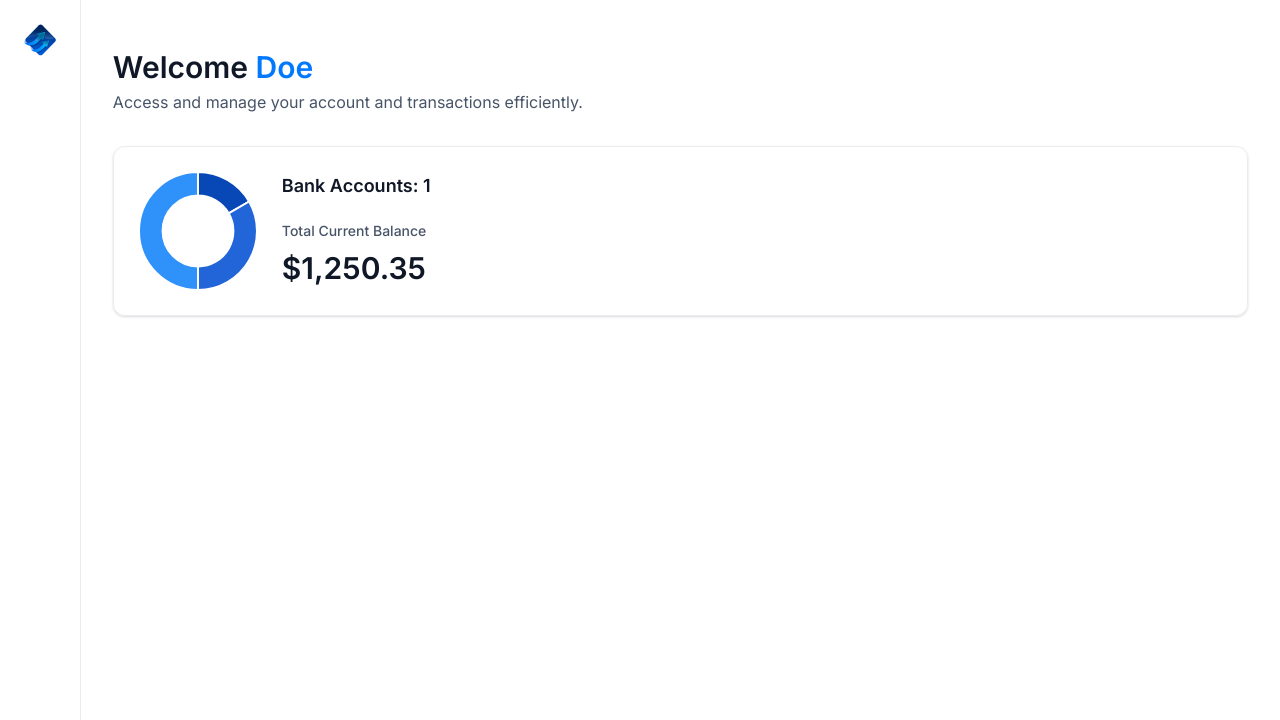
Repository: akinolapo/creditcraze
Page: /
These files come from the project's save history. The page is drawn as it stood at one moment and after a run of saves; the edit follows.
The browser window is 1280 px wide. The pictures show the whole page.
The project was rebuilt for these pictures with package versions that can differ from the ones it lists, and the page was loaded fresh each time. The framework's server and built-in components were replaced by stand-ins that run in the browser. Also part of the build but not shown: next.config.mjs.

Above is the page before, as saved 2024-07-01 09:08:09.

After the next 2 saves:
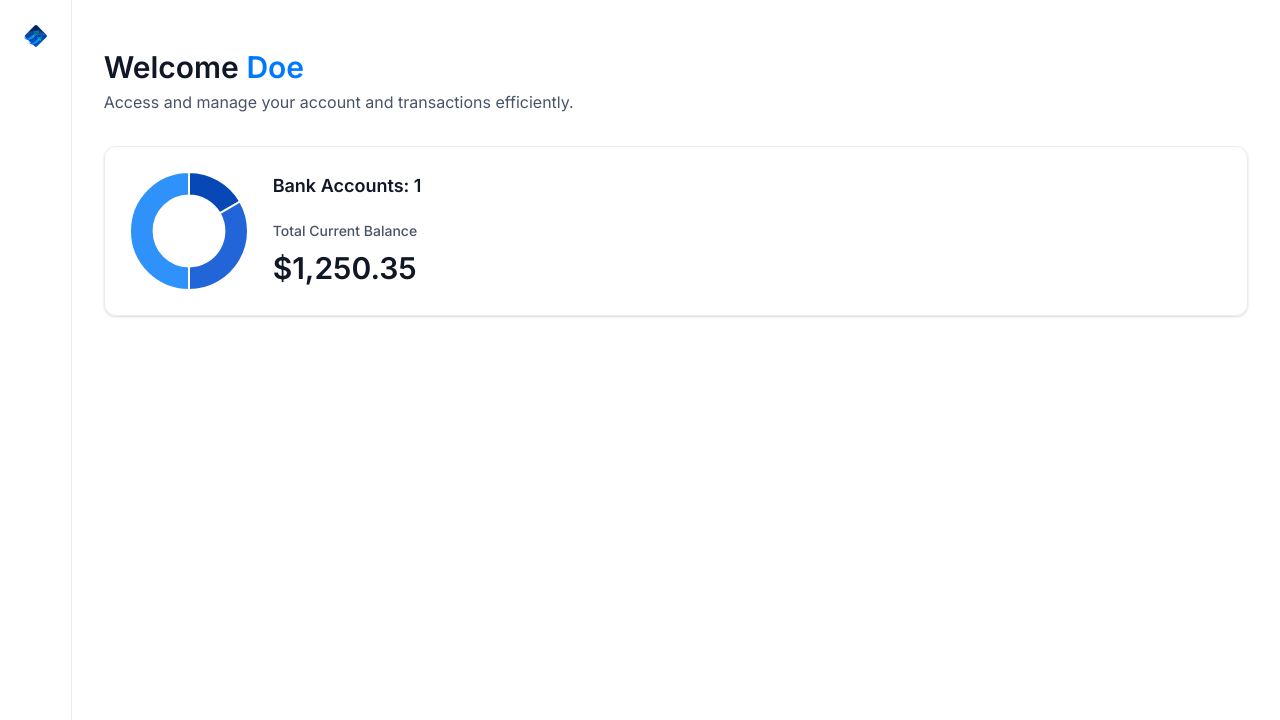
The 2 saves are shown as one change because they came seconds apart.
The last was saved 7 s later.
--- a/components/Sidebar.tsx
+++ b/components/Sidebar.tsx
@@ -12,7 +12,7 @@ const Sidebar = ({user}: SiderbarProps) => {
                     width={34}
                     height={34}
                     alt="Credicraze logo"
-                    className="siz"
+                    className="size-[24px]"
                 />
             </Link>
         </nav>
